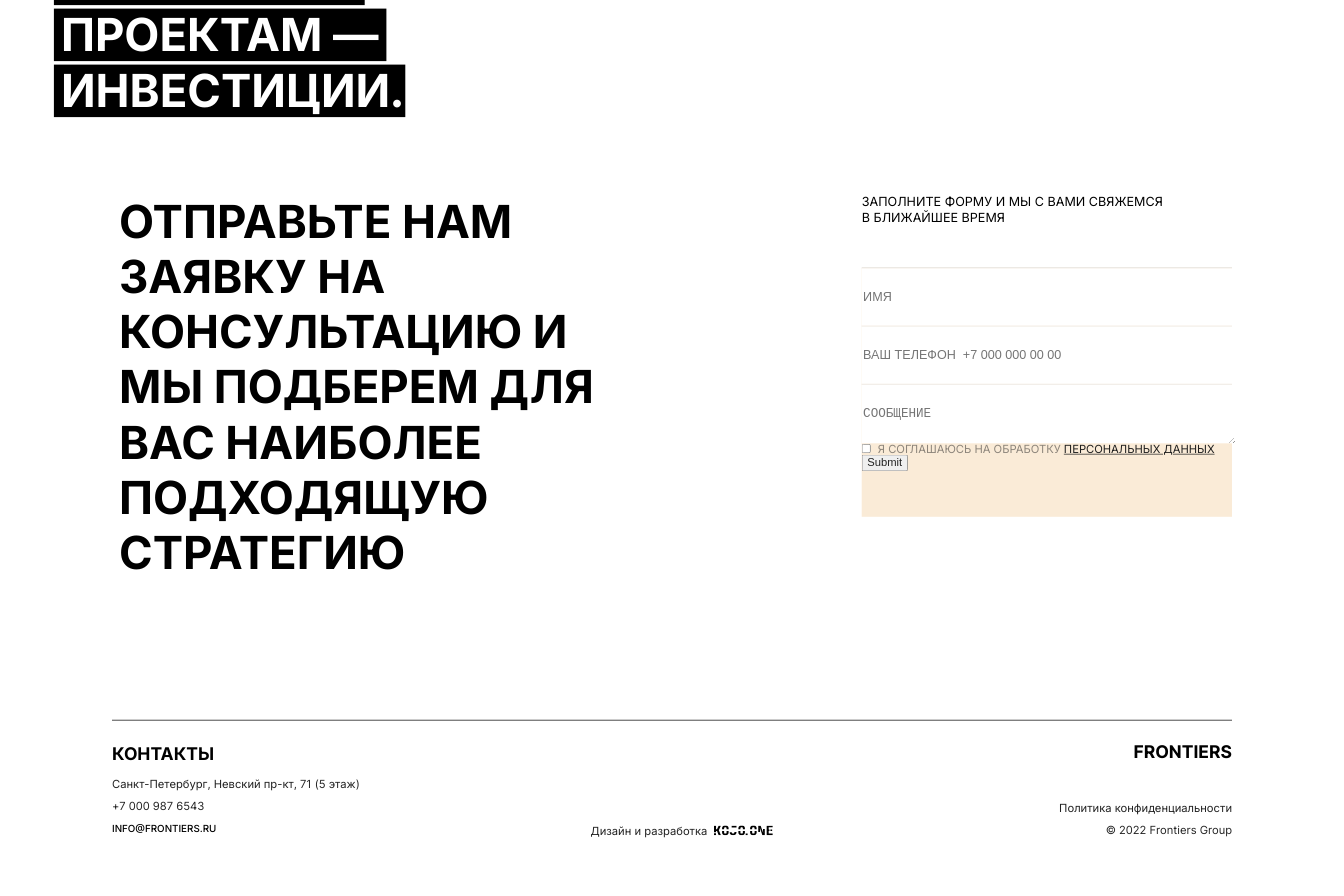
Repository: NadyaKorvin/frontiers
Page: /
The author's editor kept a copy of each file at every save. The page is drawn from the files as they stood at one save, then again after the next save.
The browser window is 1280 px wide. The page is 1920 px wide, so the pictures cover 1920 px, including what lies to the right of the window. The pictures show the part of the page from y = 1385 to 2665 px (the page is 2665 px tall), at 70% of full size.
The project was rebuilt for these pictures with package versions that can differ from the ones it lists, and the page was loaded fresh each time.

Above is the page before, as saved 2022-05-23 18:23:03.

### public/index.html
<!DOCTYPE html>
<html lang="en">
  <head>
    <meta charset="utf-8" />
    <link rel="icon" href="%PUBLIC_URL%/favicon.ico" />
    <meta name="viewport" content="width=device-width, initial-scale=1" />
    <meta name="theme-color" content="#000000" />
    <meta name="description" content="Web site created using create-react-app" />
    <link rel="apple-touch-icon" href="%PUBLIC_URL%/logo192.png" />
    <link rel="manifest" href="%PUBLIC_URL%/manifest.json" />
    <link rel="preconnect" href="https://fonts.googleapis.com" />
    <link rel="preconnect" href="https://fonts.gstatic.com" crossorigin />
    <link href="https://fonts.googleapis.com/css2?family=Inter:wght@300;400;500;700&display=swap" rel="stylesheet" />
    <title>FRONTIERS</title>
  </head>
  <body>
    <noscript>You need to enable JavaScript to run this app.</noscript>
    <div id="root"></div>
  </body>
</html>

### src/index.js
import React from "react"
import ReactDOM from "react-dom/client"

import App from "./App"

const root = ReactDOM.createRoot(document.getElementById("root"))
root.render(
  <React.StrictMode>
    <App />
  </React.StrictMode>
)

### src/App.js
import { useState } from "react";
import "./App.css";
import { SecondScreenAnimation } from "./components/secondScreen/SecondScreenAnimation";
import FirstScreenAnimation from "./components/firstScreen/FirstScreenAnimation";
import LastScreenAnimation from "./components/lastScreen/LastScreenAnimation"

function App() {
  const [mousePosition, setMousePosition] = useState("");

  const listenUpperMousePosition = (event) => {
    console.log(event);
    console.log(event.target);
    setMousePosition(event.target);
  };

  return (
    <>
      <FirstScreenAnimation />
      <div className="App">
        <SecondScreenAnimation listenMousePosition={listenUpperMousePosition} />
      </div>
      <LastScreenAnimation />
    </>
  );
}
export default App;

### src/App.css
@import url("./reset.css");
@import url("./components/secondScreen/SecondScreen.css");
@import url("./font/font.css");

body {
  font-family: "Inter";
}

### src/components/secondScreen/SecondScreenAnimation.js
export function SecondScreenAnimation({ listenMousePosition, mousePosition }) {
  let goUp = ""
  const goUpBlackLines = (mousePosition) => {
    if (mousePosition === "animation__text_first_part") {
      goUp = "up"
      return goUp
    }
  }
  goUpBlackLines(mousePosition)
  console.log(goUp)
  return (
    <div className="animation__text_block">
      {goUp != "up" ? (
        <div>
          <div className="animation__text" onMouseOver={listenMousePosition}>
            <p className="animation__text_first_part">Инвесторам сложно найти хорошие проекты,</p>
            <p className="animation__text_second_part">а хорошим проектам — инвестиции.</p>
          </div>
          <div className="animation__black_lines">
            <div className="animation__1th_black_line"></div>
            <div className="animation__2th_black_line"></div>
            <div className="animation__3th_black_line"></div>
          </div>
        </div>
      ) : (
        <div>
          <div className="animation__text" onMouseOver={listenMousePosition}>
            <p className="animation__text_first_part" style={{ color: "#fff" }}>
              Инвесторам сложно найти хорошие проекты,
            </p>
            <p className="animation__text_second_part" style={{ color: "#000" }}>
              а хорошим проектам — инвестиции.
            </p>
          </div>
          <div className="animation__black_lines">
            <div className="animation__1th_black_line" style={{ width: "484px", marginTop: "-475px" }}></div>
            <div className="animation__2th_black_line" style={{ width: "586px" }}></div>
            <div className="animation__3th_black_line" style={{ width: "722px" }}></div>
          </div>
        </div>
      )}
    </div>
  )
}

### src/components/firstScreen/FirstScreenAnimation.js
import React from "react";
import style from "./FirstScreen.module.css";
import image from "../../images/image.webp";

export default function FirstScreenAnimation() {
  const pointer = (
    <svg
      width="8"
      height="101"
      viewBox="0 0 8 101"
      fill="none"
      xmlns="http://www.w3.org/2000/svg"
    >
      <path
        d="M4.35355 100.356C4.15829 100.551 3.84171 100.551 3.64645 100.356L0.464466 97.1735C0.269204 96.9783 0.269204 96.6617 0.464466 96.4664C0.659728 96.2712 0.976311 96.2712 1.17157 96.4664L4 99.2948L6.82843 96.4664C7.02369 96.2712 7.34027 96.2712 7.53553 96.4664C7.7308 96.6617 7.7308 96.9783 7.53553 97.1735L4.35355 100.356ZM3.5 100.002L3.5 0.00195312H4.5L4.5 100.002H3.5Z"
        fill="black"
      />
    </svg>
  );

  return (
    <>
      <section className={style.first__screen}>
        <header className={style.header}>
          <div className={style.logotype}>FRONTIERS</div>
          <nav className={style.nav__sidebar}>
            <ul>Агенство</ul>
            <ul>Кейсы</ul>
            <ul>Услуги</ul>
            <ul>Контакты</ul>
          </nav>
          <div className={style.button}>
            <p className={style.text__btn}>Получить консультацию</p>
          </div>
        </header>
        <div className={style.content}>
          <p>ИНВЕСТИЦИИ</p>
          <p>НЕ</p>
          <p>СЛОЖНО</p>
          <p>
            Мы помогли заработать более 50 млн рублей частным инвесторам в 2021
            году на вложениях в российский бизнес
          </p>
          <p>ПРОКРУТИ ВНИЗ</p>
          <div className={style.content__pointer}>{pointer}</div>
          <img src={image} alt="" />
        </div>
      </section>
    </>
  );
}

### src/components/lastScreen/LastScreenAnimation.js
import React from "react";
import style from "./LastScreen.module.css";
import Form from "./Form"
import Kojo from "../../images/Kojo"

export default function LastScreenAnimation() {
  return (
    <>
      <section className={style.last__screen}>
        <div className={style.wrapper}>
          <div className={style.left__content}>
            <p>
              ОТПРАВЬТЕ НАМ ЗАЯВКУ НА КОНСУЛЬТАЦИЮ И МЫ ПОДБЕРЕМ ДЛЯ ВАС
              НАИБОЛЕЕ ПОДХОДЯЩУЮ СТРАТЕГИЮ
            </p>
          </div>
          <div className={style.right__content}>
            <div className={style.text__form}>
              <p>ЗАПОЛНИТЕ ФОРМУ И МЫ С ВАМИ СВЯЖЕМСЯ В БЛИЖАЙШЕЕ ВРЕМЯ</p>
            </div>
            <Form />
          </div>
        </div>
        <footer className={style.footer}>
          <div className={style.contact}>
            <p>КОНТАКТЫ</p>
            <p>Санкт-Петербург, Невский пр-кт, 71 (5 этаж)</p>
            <p>+7 000 987 6543</p>
            <p><a href="mailto:info@frontiers.ru" ></a>info@frontiers.ru</p>
          </div>
          <div className={style.design}>
            <p>Дизайн и разработка</p>
            <Kojo />
          </div>
          <div className={style.frontiers}>
            <p>FRONTIERS</p>
            <p>Политика конфиденциальности</p>
            <p>© 2022 Frontiers Group</p>
          </div>
        </footer>
      </section>
    </>
  );
}

### src/reset.css
html,
body,
div,
span,
applet,
object,
iframe,
h1,
h2,
h3,
h4,
h5,
h6,
p,
blockquote,
pre,
a,
abbr,
acronym,
address,
big,
cite,
code,
del,
dfn,
em,
img,
ins,
kbd,
q,
s,
samp,
small,
strike,
strong,
sub,
sup,
tt,
var,
b,
u,
i,
center,
dl,
dt,
dd,
ol,
ul,
li,
fieldset,
form,
label,
legend,
table,
caption,
tbody,
tfoot,
thead,
tr,
th,
td,
article,
aside,
canvas,
details,
embed,
figure,
figcaption,
footer,
header,
hgroup,
menu,
nav,
output,
ruby,
section,
summary,
time,
mark,
audio,
video {
  margin: 0;
  padding: 0;
  border: 0;
  font-size: 100%;
  font: inherit;
  vertical-align: baseline;
}

:focus {
  outline: 0;
}

article,
aside,
details,
figcaption,
figure,
footer,
header,
hgroup,
menu,
nav,
section {
  display: block;
}

body {
  line-height: 1;
}

ol,
ul {
  list-style: none;
}

blockquote,
q {
  quotes: none;
}

blockquote:before,
blockquote:after,
q:before,
q:after {
  content: "";
  content: none;
}

table {
  border-collapse: collapse;
  border-spacing: 0;
}

input[type="search"]::-webkit-search-cancel-button,
input[type="search"]::-webkit-search-decoration,
input[type="search"]::-webkit-search-results-button,
input[type="search"]::-webkit-search-results-decoration {
  -webkit-appearance: none;
  -moz-appearance: none;
}

input[type="search"] {
  -webkit-appearance: none;
  -moz-appearance: none;
  -webkit-box-sizing: content-box;
  -moz-box-sizing: content-box;
  box-sizing: content-box;
}

textarea {
  overflow: auto;
  vertical-align: top;
  resize: vertical;
}

[hidden] {
  display: none;
}

html {
  font-size: 100%; /* 1 */
  -webkit-text-size-adjust: 100%; /* 2 */
  -ms-text-size-adjust: 100%; /* 2 */
}

a:focus {
  outline: thin dotted;
}

a:active,
a:hover {
  outline: 0;
}

img {
  border: 0;
  -ms-interpolation-mode: bicubic;
}

figure {
  margin: 0;
}

form {
  margin: 0;
}

fieldset {
  border: 1px solid #c0c0c0;
  margin: 0 2px;
  padding: 0.35em 0.625em 0.75em;
}

legend {
  border: 0; /* 1 */
  padding: 0;
  white-space: normal; /* 2 */
  *margin-left: -7px; /* 3 */
}

button,
input,
select,
textarea {
  font-size: 100%; /* 1 */
  margin: 0; /* 2 */
  vertical-align: baseline; /* 3 */
  *vertical-align: middle; /* 3 */
}

button,
input {
  line-height: normal;
}

button,
select {
  text-transform: none;
}

button,
html input[type="button"], /* 1 */
input[type="reset"],
input[type="submit"] {
  -webkit-appearance: button; /* 2 */
  cursor: pointer; /* 3 */
  *overflow: visible; /* 4 */
}

button[disabled],
html input[disabled] {
  cursor: default;
}

input[type="checkbox"],
input[type="radio"] {
  box-sizing: border-box; /* 1 */
  padding: 0; /* 2 */
  *height: 13px; /* 3 */
  *width: 13px; /* 3 */
}

input[type="search"] {
  -webkit-appearance: textfield; /* 1 */
  -moz-box-sizing: content-box;
  -webkit-box-sizing: content-box; /* 2 */
  box-sizing: content-box;
}

input[type="search"]::-webkit-search-cancel-button,
input[type="search"]::-webkit-search-decoration {
  -webkit-appearance: none;
}

button::-moz-focus-inner,
input::-moz-focus-inner {
  border: 0;
  padding: 0;
}

textarea {
  overflow: auto; /* 1 */
  vertical-align: top; /* 2 */
}

table {
  border-collapse: collapse;
  border-spacing: 0;
}

html,
button,
input,
select,
textarea {
  color: #222;
}

::-moz-selection {
  background: #b3d4fc;
  text-shadow: none;
}

::selection {
  background: #b3d4fc;
  text-shadow: none;
}

img {
  vertical-align: middle;
}

fieldset {
  border: 0;
  margin: 0;
  padding: 0;
}

textarea {
  resize: vertical;
}

.chromeframe {
  margin: 0.2em 0;
  background: #ccc;
  color: #000;
  padding: 0.2em 0;
}

### src/components/secondScreen/SecondScreen.css
.second__screen_main {
  display: flex;
  justify-content: space-between;
  margin: 0 auto;
  margin-top: 174px;
  /* придкмать решение сделать по центру*/
  display: flex;
  width: 1600px;
  height: 733px;
}

.animation__text_block {
  display: block;
  margin-left: 87px;
}

.animation__text_first_part,
.animation__text_second_part {
  width: 770px;
  text-transform: uppercase;
  font-size: 65px;
  font-weight: 700;
  line-height: 79px;
  transition: 0.6s ease-out;
}

.animation__text_second_part {
  color: #fff;
}

.animation__black_lines {
  margin-left: -10px;
  margin-top: -236px;
}

.animation__1th_black_line {
  margin-bottom: 5px;
  height: 75px;
  width: 444px;
  background-color: #000;
  transition: 0.6s ease-out;
}

.animation__2th_black_line {
  margin-bottom: 5px;
  height: 75px;
  width: 475px;
  background-color: #000;
  transition: 0.6s ease-out;
}
.animation__3th_black_line {
  height: 75px;
  width: 502px;
  background-color: #000;
  transition: 0.6s ease-out;
}

.right__part {
  display: flex;
  margin-left: 190px;
  flex-direction: column;
}

.conversation__image {
  margin-right: 222px;
  display: block;
  width: 400px;
  height: 400px;
  background: url("../secondScreen/people.png");
}

.decoration_marks {
  margin-top: -110px;
  transform: rotate(-180deg);
  font-size: 200px;
  font-weight: 300;
}

.text_paragraph {
  margin-left: 90px;
  width: 431px;
  font-size: 18px;
  font-weight: 400;
  line-height: 23px;
  text-transform: uppercase;
  line-height: 130%;
}

### src/font/font.css
@font-face {
  font-family: "Inter";
  src:
    url("./Inter-Bold.ttf") format("truetype")
    url("./Inter-Bold.woff2") format("woff2"),
    url("./Inter-Bold.woff") format("woff");
  font-weight: 700;
  font-style: normal;
  font-stretch: normal;
  unicode-range: U+0020-E0D0;
}

@font-face {
  font-family: "Inter";
  src:
    url("./Inter-Regular.woff2") format("woff2"),
    url("./Inter-Regular.ttf") format("truetype")
    url("./Inter-Regular.woff") format("woff");
  font-weight: 400;
  font-style: normal;
  font-stretch: normal;
  unicode-range: U+0020-E0D0;
}

@font-face {
    font-family:'Inter Medium';
    src:
        url("./Inter-Medium.ttf") format("truetype")
        url('Inter-Medium.woff2') format('woff2'),
		url('Inter-Medium.woff') format('woff');
    font-weight: 500;
    font-style: normal;
    font-stretch: normal;
    unicode-range: U+0020-E0D0;
}

@font-face {
    font-family:'Inter Light';
    src:
        url("./Inter-Light.ttf") format("truetype")
        url('Inter-Light.woff2') format('woff2'),
		url('Inter-Light.woff') format('woff');
    font-weight: 300;
    font-style: normal;
    font-stretch: normal;
    unicode-range: U+0020-E0D0;
}

### src/components/firstScreen/FirstScreen.module.css
.first__screen {
  width: 1920px;
  height: 1080px;
}

.header {
  width: 1600px;
  height: 82px;
  margin: 0 160px;
  border-bottom: 1px solid #000000;
  display: flex;
}

.logotype {
  width: 151px;
  height: 30px;
  padding-top: 27px;
  font-family: "Inter";
  font-style: normal;
  font-weight: 700;
  font-size: 25px;
  line-height: 30px;
  letter-spacing: 0.05em;
  color: #000000;
}

.nav__sidebar {
  display: flex;
  justify-content: space-between;
  width: 473px;
  padding-top: 33px;
  padding-left: 633px;
}

.button {
  position: absolute;
  width: 243px;
  height: 45px;
  left: 1517px;
  top: 19px;
  background: #000000;
}

.text__btn {
  padding-top: 12px;
  padding-bottom: 12px;
  font-family: "Inter";
  font-style: normal;
  font-weight: 500;
  font-size: 16px;
  line-height: 19px;
  text-align: center;
  color: #ffffff;
}

.content > p {
  position: absolute;
  font-family: "Inter";
  font-style: normal;
  font-weight: 400;
  font-size: 160px;
  line-height: 194px;
  text-transform: uppercase;
  color: #000000;
}

p:nth-child(1) {
  top: 83px;
  left: 160px;
}

p:nth-child(2) {
  top: 285px;
  left: 1449px;
}

p:nth-child(3) {
  top: 461px;
  left: 568px;
}

p:nth-child(4) {
  width: 265px;
  height: 90px;
  top: 118px;
  left: 1464px;
  box-sizing: content-box;
  font-family: "Inter";
  font-style: normal;
  font-weight: 500;
  font-size: 14px;
  line-height: 130%;
  text-transform: uppercase;
  color: #000000;
}

p:nth-child(5) {
  position: absolute;
  width: 130px;
  height: 17px;
  left: 104px;
  top: 865px;
  font-family: "Inter";
  font-style: normal;
  font-weight: 500;
  font-size: 14px;
  line-height: 17px;
  letter-spacing: 0.05em;
  color: #000000;
  transform: rotate(-90deg);
}

.content__pointer {
    position: absolute;
    top: 876px;
    left: 187px;
}

img {
  position: absolute;
  top: 714px;
  left: 568px;
  width: 1352px;
  height: 366px;
}

### src/components/lastScreen/LastScreen.module.css
.last__screen {
  width: 1920px;
  height: 1080px;
}

.wrapper {
  position: relative;
  top: 109px;
  left: 170px;
  display: flex;
  justify-content: space-between;
  width: 1590px;
  height: 553px;
}

.left__content {
  position: relative;
  width: 775px;
  height: 553px;
  box-sizing: border-box;
  font-family: "Inter";
  font-style: normal;
  font-weight: 700;
  font-size: 65px;
  line-height: 79px;
  text-transform: uppercase;
  color: #000000;
}

.right__content {
  position: relative;
  width: 529px;
  height: 553px;
}

.text__form {
  width: 529px;
  height: 46px;
  left: 1231px;
  top: 4438px;
  font-family: "Inter";
  font-style: normal;
  font-weight: 400;
  font-size: 18px;
  line-height: 130%;
  text-transform: uppercase;
  color: #000000;
}

.footer {
  position: relative;
  margin: 308px 160px 0;
  width: 1600px;
  border-top: 1px solid #000000;
  bottom: 0px;
  display: flex;
  justify-content: space-between;
}

.contact {
  width: 357px;
}

.contact > p:nth-child(1) {
  padding: 33px 0 20px;
  font-family: "Inter";
  font-style: normal;
  font-weight: 700;
  font-size: 25px;
  line-height: 30px;
  color: #000000;
}

.contact > p:nth-child(2),
.contact > p:nth-child(3),
.contact > p:nth-child(4) {
  padding-bottom: 15px;
}

.design {
  padding-top: 150px;
  width: 260px;
  display: flex;
  margin-left: -80px;
  justify-content: space-between;
}

.frontiers {
  width: 250px;
  text-align: end;
}

.frontiers > p:nth-child(1) {
    padding: 30px 0 57px;
    font-family: "Inter";
    font-style: normal;
    font-weight: 700;
    font-size: 25px;
    line-height: 30px;
    color: #000000;
  }

.frontiers > p:nth-child(2),
.frontiers > p:nth-child(3) {
    padding-bottom: 15px;
}

### src/components/lastScreen/Form.js
import React, { useState } from "react";
import { useForm } from "react-hook-form";
import style from "./Form.module.css";

export default function Form() {
  const [checked, setChecked] = useState(false);
  const [isPersonal, setIsPersonal] = useState(false);

  const {
    register,
    formState: { errors, isValid },
    handleSubmit,
    reset,
  } = useForm({
    mode: "onBlur",
  });

  const onSubmit = (data) => {
    alert(JSON.stringify(data));
  };

  const openPersonal = () => {
    setIsPersonal(true);
  };

  return (
    <form
      name="form"
      id="form"
      className={style.form}
      onSubmit={handleSubmit(onSubmit)}
    >
      <input
        name="name"
        {...register("name", {
          required: "Это поле обязательно",
          minLength: {
            value: 2,
            message: "Минимум 2 символа",
          },
          maxLength: {
            value: 50,
            message: "Максимум 50 символов",
          },
        })}
        id="name"
        className={style.input}
        placeholder="Имя"
      />
      <div>
        {errors?.name && (
          <p className={style.focus}>{errors?.name?.message || "Error!"}</p>
        )}
      </div>
      <div className={style.borders} />
      <input
        name="phone"
        {...register("phone", {
          required: "Это поле обязательно",
          pattern: {
            value: /^\+?7(\d{10})$/,
            message: "Введите в формате +7 000 000 00 00",
          },
        })}
        id="phone"
        className={style.input}
        type="tel"
        placeholder="Ваш Телефон  +7 000 000 00 00"
      />
      <div>
        {errors?.phone && (
          <p className={style.focus}>{errors?.phone?.message || "Error!"}</p>
        )}
      </div>
      <div className={style.borders} />
      <textarea
        name="message"
        {...register("message", {
          required: "Это поле обязательно",
          minLength: {
            value: 10,
            message: "Минимум 10 символов",
          },
          maxLength: {
            value: 500,
            message: "Максимум 500 символов",
          },
        })}
        id="message"
        className={style.textarea}
        placeholder="Сообщение"
      />
      <div>
        {errors?.message && (
          <p className={style.focus}>{errors?.message?.message || "Error!"}</p>
        )}
      </div>
      <label className={style.consent}>
        <input
          name="consent"
          type="checkbox"
          checked={checked}
          onChange={() => setChecked(!checked)}
          value={checked}
          {...register("consent", {
            required: "Подтвердите свое согласие для отправки формы",
          })}
          id="consent"
          className={style.checkbox}
        />
        <span
          className={style.checkfake}
          onClick={() => setChecked(!checked)}
        ></span>
        <span className={style.policy_text}>
          Я соглашаюсь на обработку&nbsp;
          <span
            onClick={openPersonal}
            style={{ color: "#1f1f1f", textDecoration: "underline" }}
          >
            персональных данных
          </span>
        </span>
      </label>
      <div className={style.focus_consent}>
        {errors?.consent && <p>{errors?.consent?.message || "Error!"}</p>}
      </div>
      <input type="submit" />
    </form>
  );
}

### src/components/lastScreen/Form.module.css
.form {
    margin-top: 60px;
    width: 529px;
    height: 355px;
    border-top: 1px solid #D1D1D1;
    background-color: antiquewhite;
}

.input,
  .textarea {
    width: 529px;
    height: 80px;
    border: 0;
    outline: none;
    font-size: 18px;
    color: #000000;
    text-transform: uppercase;
  }

  .textarea {
    height: 80px;
    line-height: 80px;
    overflow: hidden;
    /* resize: none; */
  }

  .borders {
      border-bottom: 1px solid #D1D1D1;
  }

  .policy_text {
    padding: 10px;
    line-height: 15px;
    text-transform: uppercase;
    color: rgba(31, 31, 31, 0.5);
  }

Loaded but not shown: src/images/Kojo.js (76 lines, source omitted)

After the next save:
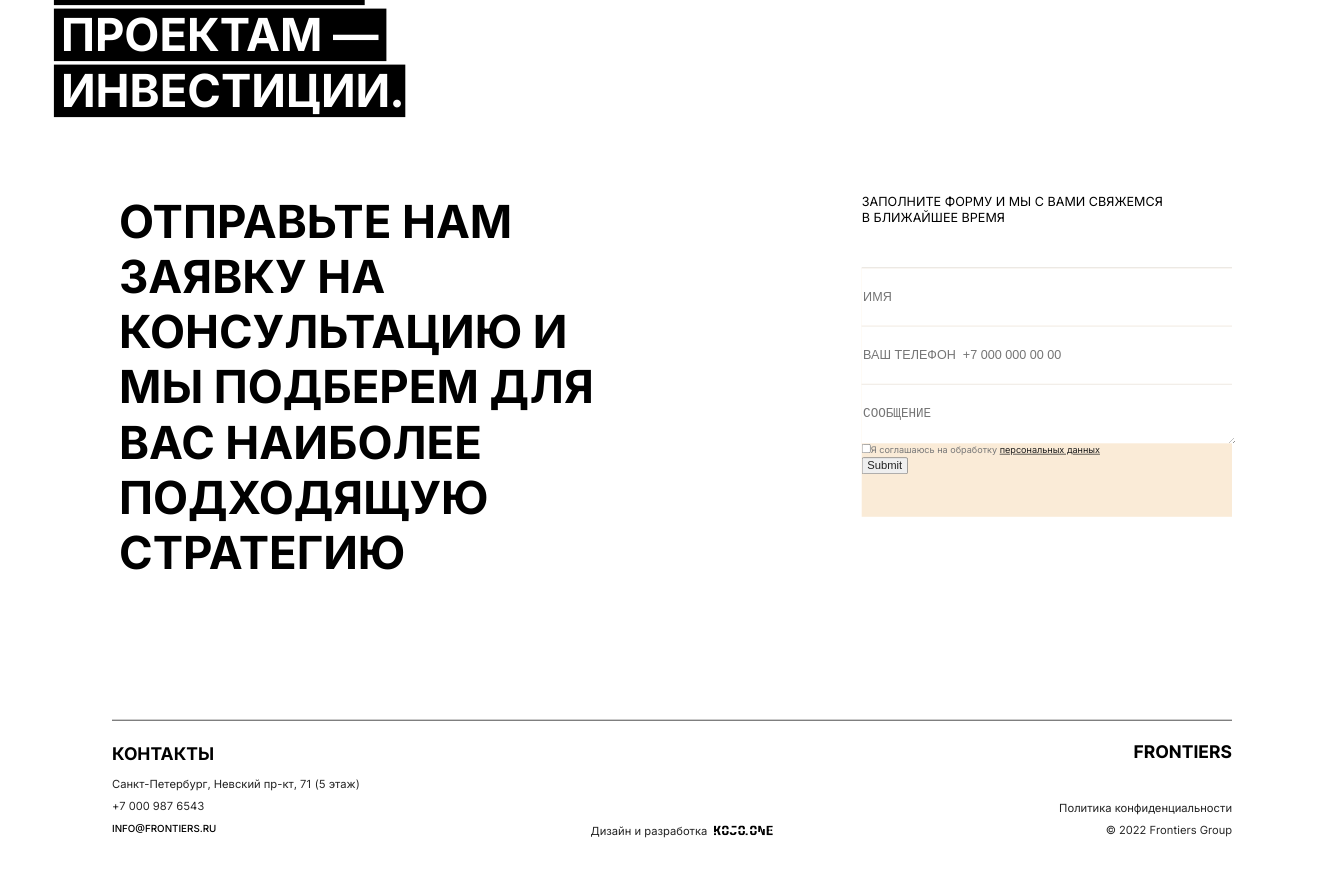
Saved 32 s later.
--- a/src/components/lastScreen/Form.module.css
+++ b/src/components/lastScreen/Form.module.css
@@ -1,36 +1,38 @@
 .form {
-    margin-top: 60px;
-    width: 529px;
-    height: 355px;
-    border-top: 1px solid #D1D1D1;
-    background-color: antiquewhite;
+  margin-top: 60px;
+  width: 529px;
+  height: 355px;
+  border-top: 1px solid #d1d1d1;
+  background-color: antiquewhite;
 }
 
 .input,
-  .textarea {
-    width: 529px;
-    height: 80px;
-    border: 0;
-    outline: none;
-    font-size: 18px;
-    color: #000000;
-    text-transform: uppercase;
-  }
+.textarea {
+  width: 529px;
+  height: 80px;
+  border: 0;
+  outline: none;
+  font-size: 18px;
+  color: #000000;
+  text-transform: uppercase;
+}
 
-  .textarea {
-    height: 80px;
-    line-height: 80px;
-    overflow: hidden;
-    /* resize: none; */
-  }
+.textarea {
+  height: 80px;
+  line-height: 80px;
+  overflow: hidden;
+  /* resize: none; */
+}
 
-  .borders {
-      border-bottom: 1px solid #D1D1D1;
-  }
+.borders {
+  border-bottom: 1px solid #d1d1d1;
+}
 
-  .policy_text {
-    padding: 10px;
-    line-height: 15px;
-    text-transform: uppercase;
-    color: rgba(31, 31, 31, 0.5);
-  }
+.policy_text {
+  font-family: "Inter";
+  font-style: normal;
+  font-weight: 400;
+  font-size: 13px;
+  line-height: 150%;
+  color: #787878;
+}
